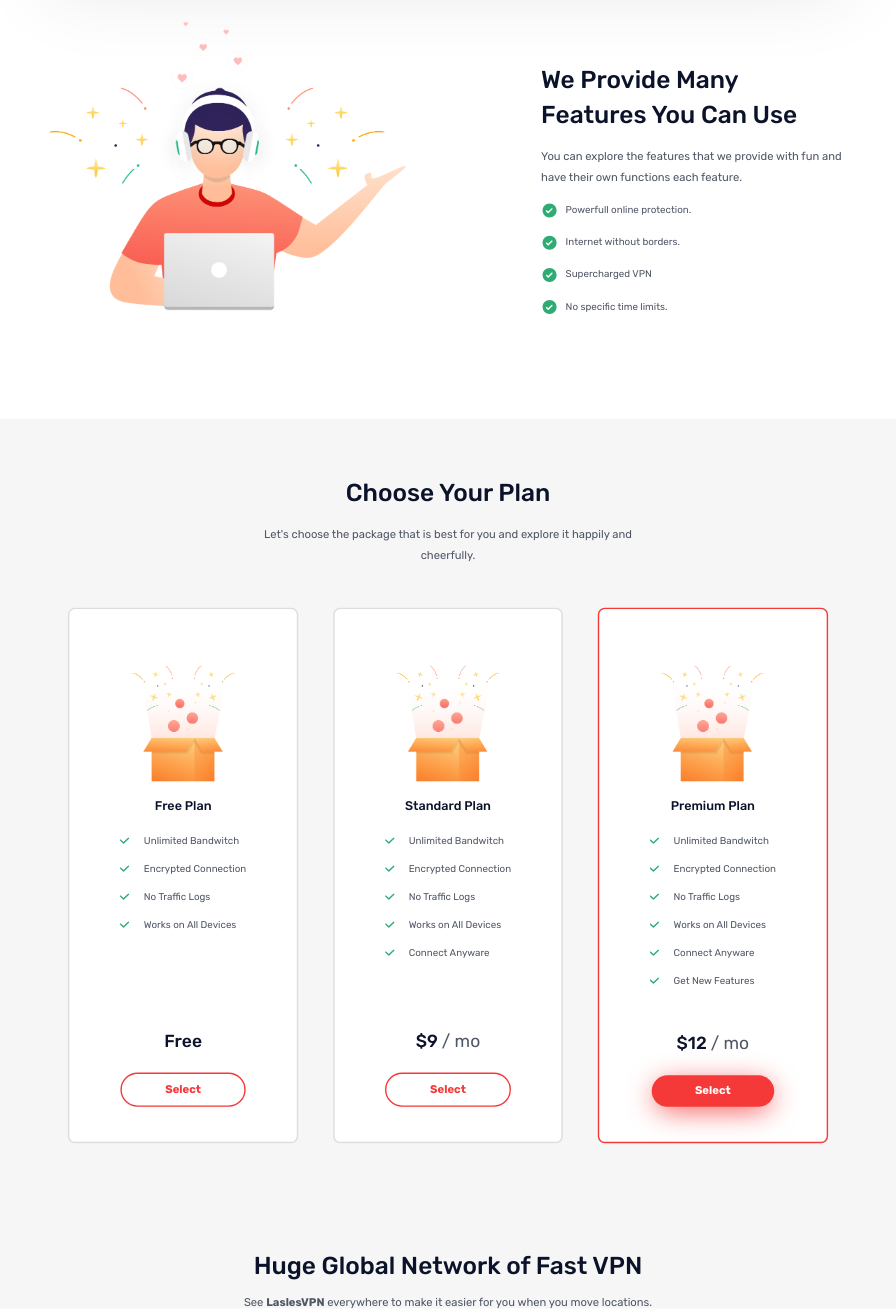
Repository: thefellowshiplotr/lasles_recode
Page: index.html
These files come from the project's save history. The page is drawn as it stood at one moment and after the next save; the edit follows.
The browser window is 1280 px wide. The pictures show the part of the page from y = 893 to 2813 px (the page is 2763 px tall before and 2813 px after), at 70% of full size.
The style sheet was rebuilt from its Sass, Less or Tailwind sources for each picture, by a compiler version that may differ from the author's.

Above is the page before, as saved 2022-10-31 12:13:06.

### index.html
<!DOCTYPE html>
<html lang="en">
  <head>
    <meta charset="UTF-8" />
    <meta http-equiv="X-UA-Compatible" content="IE=edge" />
    <meta name="viewport" content="width=device-width, initial-scale=1.0" />
    <title>Lasles Vpn</title>
    <link rel="preconnect" href="https://fonts.googleapis.com" />
    <link rel="preconnect" href="https://fonts.gstatic.com" crossorigin />
    <link
      href="https://fonts.googleapis.com/css2?family=Rubik:wght@400;500;700&display=swap"
      rel="stylesheet"
    />
    <link rel="stylesheet" href="./css/app.css" />
  </head>
  <body>
    <div class="wrapper">
      <header class="header">
        <div class="container">
          <div class="header-container">
            <img srcset="./img/logo.png 2x" alt="" class="header-logo" />
            <ul class="menu">
              <li class="menu-item">
                <a href="#" class="menu-link">About</a>
              </li>
              <li class="menu-item">
                <a href="#" class="menu-link">Features</a>
              </li>
              <li class="menu-item">
                <a href="#" class="menu-link">Pricing</a>
              </li>
              <li class="menu-item">
                <a href="#" class="menu-link">Testimonials</a>
              </li>
              <li class="menu-item">
                <a href="#" class="menu-link">Help</a>
              </li>
            </ul>
            <div class="header-auth">
              <a href="#" class="header-signin">Sign In</a>
              <a href="#" class="header-signup">Sign Up</a>
            </div>
          </div>
        </div>
      </header>
    </div>
    <div class="wrapper">
      <section class="hero">
        <div class="container">
          <div class="hero-container">
            <div class="hero-content">
              <h1 class="hero-heading">
                Want anything to be easy with
                <strong class="hero-laslesvpn">LaslesVPN.</strong>
              </h1>
              <p class="hero-desc">
                Provide a network for all your needs with ease and fun using
                <strong class="hero-laslesvpn2">LaslesVPN</strong> discover
                interesting features from us.
              </p>
            </div>
            <div class="hero-btn">
              <a href="" class="button button-primary">Get Started</a>
            </div>
            <div class="hero-img">
              <img srcset="./img/hero-image.png 2x" alt="" />
            </div>
          </div>
        </div>
      </section>
    </div>
    <div class="wrapper">
      <section class="intro">
        <div class="container">
          <div class="intro-container">
            <div class="intro-item">
              <div class="intro-icon">
                <img srcset="./img/user.png 2x" alt="" />
              </div>
              <div class="intro-info">
                <div class="intro-title">90+</div>
                <p class="intro-text">Users</p>
              </div>
            </div>
            <div class="intro-item">
              <div class="intro-icon">
                <img srcset="./img/location.png 2x" alt="" />
              </div>
              <div class="intro-info">
                <div class="intro-title">30+</div>
                <p class="intro-text">Locations</p>
              </div>
            </div>
            <div class="intro-item">
              <div class="intro-icon">
                <img srcset="./img/server.png 2x" alt="" />
              </div>
              <div class="intro-info">
                <div class="intro-title">50+</div>
                <p class="intro-text">Servers</p>
              </div>
            </div>
          </div>
        </div>
      </section>
    </div>
    <div class="wrapper">
      <section class="feature">
        <div class="container">
          <div class="feature-container">
            <img
              srcset="./img/feature-image.png 2x"
              alt=""
              class="feature-img"
            />
            <div class="feature-content">
              <h2 class="feature-heading">
                We Provide Many Features You Can Use
              </h2>
              <p class="feature-desc">
                You can explore the features that we provide with fun and have
                their own functions each feature.
              </p>
              <div class="feature-list">
                <div class="feature-item">
                  <img src="./img/icon-check.svg" alt="" />
                  <span>Powerfull online protection.</span>
                </div>
                <div class="feature-item">
                  <img src="./img/icon-check.svg" alt="" />
                  <span>Internet without borders.</span>
                </div>
                <div class="feature-item">
                  <img src="./img/icon-check.svg" alt="" />
                  <span>Supercharged VPN</span>
                </div>
                <div class="feature-item">
                  <img src="./img/icon-check.svg" alt="" />
                  <span>No specific time limits.</span>
                </div>
              </div>
            </div>
          </div>
        </div>
      </section>
    </div>
    <div class="wrapper background-plan">
      <section class="plan">
        <div class="container">
          <div class="plan-container">
            <div class="plan-header">
              <h2 class="plan-heading">Choose Your Plan</h2>
              <p class="plan-desc">
                Let's choose the package that is best for you and explore it
                happily and cheerfully.
              </p>
            </div>
            <div class="plan-list">
              <div class="plan-item">
                <div class="plan-img">
                  <img srcset="./img/plan.png 2x" alt="" />
                </div>
                <div class="plan-title">Free Plan</div>
                <div class="plan-details">
                  <div class="plan-info">
                    <img
                      src="./img/icon-check-line.svg"
                      alt=""
                      class="plan-icon"
                    />
                    <span>Unlimited Bandwitch</span>
                  </div>
                  <div class="plan-info">
                    <img
                      src="./img/icon-check-line.svg"
                      alt=""
                      class="plan-icon"
                    />
                    <span>Encrypted Connection</span>
                  </div>
                  <div class="plan-info">
                    <img
                      src="./img/icon-check-line.svg"
                      alt=""
                      class="plan-icon"
                    />
                    <span>No Traffic Logs</span>
                  </div>
                  <div class="plan-info">
                    <img
                      src="./img/icon-check-line.svg"
                      alt=""
                      class="plan-icon"
                    />
                    <span>Works on All Devices</span>
                  </div>
                </div>
                <h3 class="plan-price">Free</h3>
                <a href="" class="button button-rounded">Select</a>
              </div>
              <div class="plan-item">
                <div class="plan-img">
                  <img srcset="./img/plan.png 2x" alt="" />
                </div>
                <div class="plan-title">Standard Plan</div>
                <div class="plan-details">
                  <div class="plan-info">
                    <img
                      src="./img/icon-check-line.svg"
                      alt=""
                      class="plan-icon"
                    />
                    <span>Unlimited Bandwitch</span>
                  </div>
                  <div class="plan-info">
                    <img
                      src="./img/icon-check-line.svg"
                      alt=""
                      class="plan-icon"
                    />
                    <span>Encrypted Connection</span>
                  </div>
                  <div class="plan-info">
                    <img
                      src="./img/icon-check-line.svg"
                      alt=""
                      class="plan-icon"
                    />
                    <span>No Traffic Logs</span>
                  </div>
                  <div class="plan-info">
                    <img
                      src="./img/icon-check-line.svg"
                      alt=""
                      class="plan-icon"
                    />
                    <span>Works on All Devices</span>
                  </div>
                  <div class="plan-info">
                    <img
                      src="./img/icon-check-line.svg"
                      alt=""
                      class="plan-icon"
                    />
                    <span>Connect Anyware</span>
                  </div>
                </div>
                <h3 class="plan-price">
                  $9 <span class="price-plan">/ mo</span>
                </h3>
                <a href="" class="button button-rounded">Select</a>
              </div>
              <div class="plan-item">
                <div class="plan-img">
                  <img srcset="./img/plan.png 2x" alt="" />
                </div>
                <div class="plan-title">Premium Plan</div>
                <div class="plan-details">
                  <div class="plan-info">
                    <img
                      src="./img/icon-check-line.svg"
                      alt=""
                      class="plan-icon"
                    />
                    <span>Unlimited Bandwitch</span>
                  </div>
                  <div class="plan-info">
                    <img
                      src="./img/icon-check-line.svg"
                      alt=""
                      class="plan-icon"
                    />
                    <span>Encrypted Connection</span>
                  </div>
                  <div class="plan-info">
                    <img
                      src="./img/icon-check-line.svg"
                      alt=""
                      class="plan-icon"
                    />
                    <span>No Traffic Logs</span>
                  </div>
                  <div class="plan-info">
                    <img
                      src="./img/icon-check-line.svg"
                      alt=""
                      class="plan-icon"
                    />
                    <span>Works on All Devices</span>
                  </div>
                  <div class="plan-info">
                    <img
                      src="./img/icon-check-line.svg"
                      alt=""
                      class="plan-icon"
                    />
                    <span>Connect Anyware</span>
                  </div>
                  <div class="plan-info">
                    <img
                      src="./img/icon-check-line.svg"
                      alt=""
                      class="plan-icon"
                    />
                    <span>Get New Features</span>
                  </div>
                </div>
                <h3 class="plan-price">
                  $12 <span class="price-plan">/ mo</span>
                </h3>
                <a href="" class="button button-full">Select</a>
              </div>
            </div>
          </div>
        </div>
      </section>
      <wrapper>
        <section class="network">
          <div class="container">
            <div class="network-container">
              <div class="network-header">
                <h2 class="network-heading">Huge Global Network of Fast VPN</h2>
                <p class="network-desc">
                  See
                  <strong class="network-lasles">LaslesVPN</strong> everywhere
                  to make it easier for you when you move locations.
                </p>
              </div>
            </div>
          </div>
        </section>
      </wrapper>
    </div>
  </body>
</html>

### sass/app.scss
@import "reset";
@import "variables";
@import "global";
@import "header";
@import "menu";
@import "hero";
@import "intro";
@import "feature";
@import "plan";
@import "network";

### sass/_variables.scss
$font: "Rubik", sans-serif;
$text-color: #4f5665;
$heading-color: #0b132a;
$primary-color: #f53838;
$secondary-color: #f53855;
$gray-color: #f6f6f6;
$gray-light-color: #f8f8f8;
$gray-lighter-color: #afb5c0;

### sass/_global.scss
.wrapper {
  max-width: 1440px;
  margin: 0 auto;
}

.container {
  max-width: 1170px;
  margin: 0 auto;
  padding: 0 15px;
}

body {
  line-height: 1;
  font-family: $font;
  color: $text-color;
  font-weight: 400;
}

.button {
  &-primary {
    color: #fff;
    padding: 17px 77px;
    border: none;
    background-color: $primary-color;
    border: 1px solid;
    border-radius: 10px;
    white-space: nowrap;
  }
  &-rounded {
    color: $primary-color;
    background-color: #fff;
    border: 2px solid $primary-color;
    border-radius: 100rem;
    padding: 13px 62px;
    font-weight: 700;
    font-size: 16px;
    line-height: calc(18.96 / 16);
  }
  &-full {
    color: #fff;
    background-color: $primary-color;
    padding: 13px 62px;
    border: none;
    border-radius: 100rem;
    font-weight: 700;
    font-size: 16px;
    line-height: calc(18.96 / 16);
    box-shadow: 0 8px 41px -6px $primary-color;
  }
}
.background-plan {
  background-color: $gray-color;
}
.price-plan {
  font-weight: 400;
  color: $text-color;
  line-height: calc(30 / 25);
}

### sass/_header.scss
.header {
  padding-top: 30px;
  padding-bottom: 90px;
  &-container {
    display: flex;
    justify-content: space-between;
    align-items: center;
  }
  &-auth {
    display: flex;
    align-items: center;
    gap: 0 30px;
  }
  &-signin {
    color: $heading-color;
    font-weight: 500;
    font-size: 16px;
    line-height: calc(18.96 / 16);
  }
  &-signup {
    color: $secondary-color;
    font-weight: 500;
    font-size: 16px;
    line-height: calc(18.96 / 16);
    padding: 13px 45px;
    border: 1px solid $secondary-color;
    border-radius: 50px;
    // border-radius: 100rem;
  }
}

### sass/_menu.scss
.menu {
  list-style: none;
  display: flex;
  align-items: center;
  gap: 0 40px;
  &-link {
    color: inherit;
    font-size: 16px;
    line-height: calc(18.96 / 16);
  }
}

### sass/_hero.scss
.hero {
  padding-bottom: 100px;
  &-container {
    display: flex;
    justify-content: space-between;
    align-items: center;
    position: relative;
    gap: 0 40px;
    align-items: center;
  }
  &-content {
    width: 100%;
    max-width: 555px;
    display: flex;
    align-items: center;
    flex-direction: column;
    align-content: center;
  }
  &-img {
    position: absolute;
    top: 50%;
    transform: translate(40px, -40%);
    right: 0;
  }
  &-heading {
    color: $heading-color;
    font-weight: 500;
    font-size: 50px;
    line-height: calc(70 / 50);
    margin-bottom: 20px;
  }
  &-desc {
    font-weight: 400;
    font-size: 16px;
    line-height: calc(30 / 16);
    margin-bottom: 50px;
  }
  &-laslesvpn {
    font-weight: 700;
    font-size: 50px;
    line-height: calc(70 / 50);
  }
  &-btn {
    font-weight: 700;
    font-size: 16px;
    line-height: calc(25 / 16);
    position: absolute;
    left: 0;
    bottom: -55px;
    box-shadow: 0 37px 54px 0px $primary-color;
  }
}

### sass/_intro.scss
.intro {
  padding: 57px 0;
  margin-top: 40px;
  &-container {
    background: #ffffff;
    padding: 37px 0;
    border-radius: 10px;
    box-shadow: 0 42px 114px 0 rgb(13 16 37 / 10%);
    display: grid;
    grid-template-columns: repeat(3, minmax(0, 1fr));
    grid-gap: 0 50px;
    min-height: 200px;
  }
  &-item {
    display: flex;
    align-items: center;
    justify-content: center;
    gap: 0 36.5px;
  }
  &-item:nth-child(2) {
    border-left: 2px solid #eeeff2;
    border-right: 2px solid #eeeff2;
  }
  &-title {
    color: $heading-color;
    font-weight: 700;
    font-size: 25px;
    line-height: calc(30 / 25);
  }
  &-text {
    color: $text-color;
    font-weight: 400;
    font-size: 20px;
    line-height: calc(30 / 20);
  }
}

### sass/_feature.scss
.feature {
  padding-bottom: 126px;
  &-container {
    display: flex;
    justify-content: space-between;
    align-items: center;
  }
  &-content {
    margin-top: 90px;
  }
  &-heading {
    width: 383px;
    color: $heading-color;
    font-weight: 500;
    font-size: 35px;
    line-height: calc(50 / 35);
    margin-bottom: 20px;
  }
  &-desc {
    width: 437px;
    font-weight: 400;
    font-size: 16px;
    line-height: calc(30 / 16);
    margin-bottom: 20px;
  }
  &-item {
    display: flex;
    justify-content: flex-start;
    align-items: center;
    gap: 0 10px;
    font-size: 14px;
    margin-bottom: 21px;
  }
}

### sass/_plan.scss
.plan {
  &-container {
    display: flex;
    align-items: center;
    justify-content: center;
    text-align: center;
    flex-direction: column;
  }
  &-header {
    margin-top: 80px;
  }
  &-heading {
    color: $heading-color;
    font-weight: 500;
    font-size: 35px;
    line-height: calc(50 / 35);
    margin-bottom: 20px;
  }
  &-desc {
    width: 555px;
    font-weight: 40;
    font-size: 16px;
    line-height: calc(30 / 16);
  }
  &-list {
    margin-top: 60px;
    display: grid;
    grid-template-columns: repeat(3, 1fr);
    grid-gap: 0 50px;
    margin-bottom: 150px;
  }
  &-item {
    background-color: #fff;
    border: 2px solid #dddddd;
    border-radius: 10px;
    padding: 80px 72px 50px;
    display: flex;
    flex-direction: column;
    align-items: center;
  }
  &-item:nth-child(3) {
    border: 2px solid $primary-color;
  }
  &-item:hover {
    border: 2px solid $primary-color;
  }
  &-item:hover .button {
    background-color: $primary-color;
    color: #fff;
  }
  &-title {
    color: $heading-color;
    margin-top: 20px;
    margin-bottom: 20px;
    font-weight: 500;
    font-size: 18px;
    line-height: calc(30 / 18);
  }
  &-info {
    display: flex;
    align-items: center;
    gap: 0 20px;
    margin-bottom: 10px;
    font-size: 14px;
    line-height: calc(30 / 14);
  }
  &-price {
    color: $heading-color;
    font-weight: 500;
    font-size: 25px;
    line-height: calc(30 / 25);
    margin-bottom: 30px;
    margin-top: auto;
  }
  &-details {
    margin-bottom: 50px;
  }
}

### sass/_network.scss
.network {
  &-container {
    display: flex;
    align-items: center;
    justify-content: center;
    text-align: center;
    flex-direction: column;
  }
  &-heading {
    color: $heading-color;
    font-weight: 500;
    font-size: 35px;
    line-height: calc(50 / 35);
    margin: 0 87.5px 20px;
    text-align: center;
  }
}

Loaded but not shown: sass/_reset.scss (common file)

After the next save:
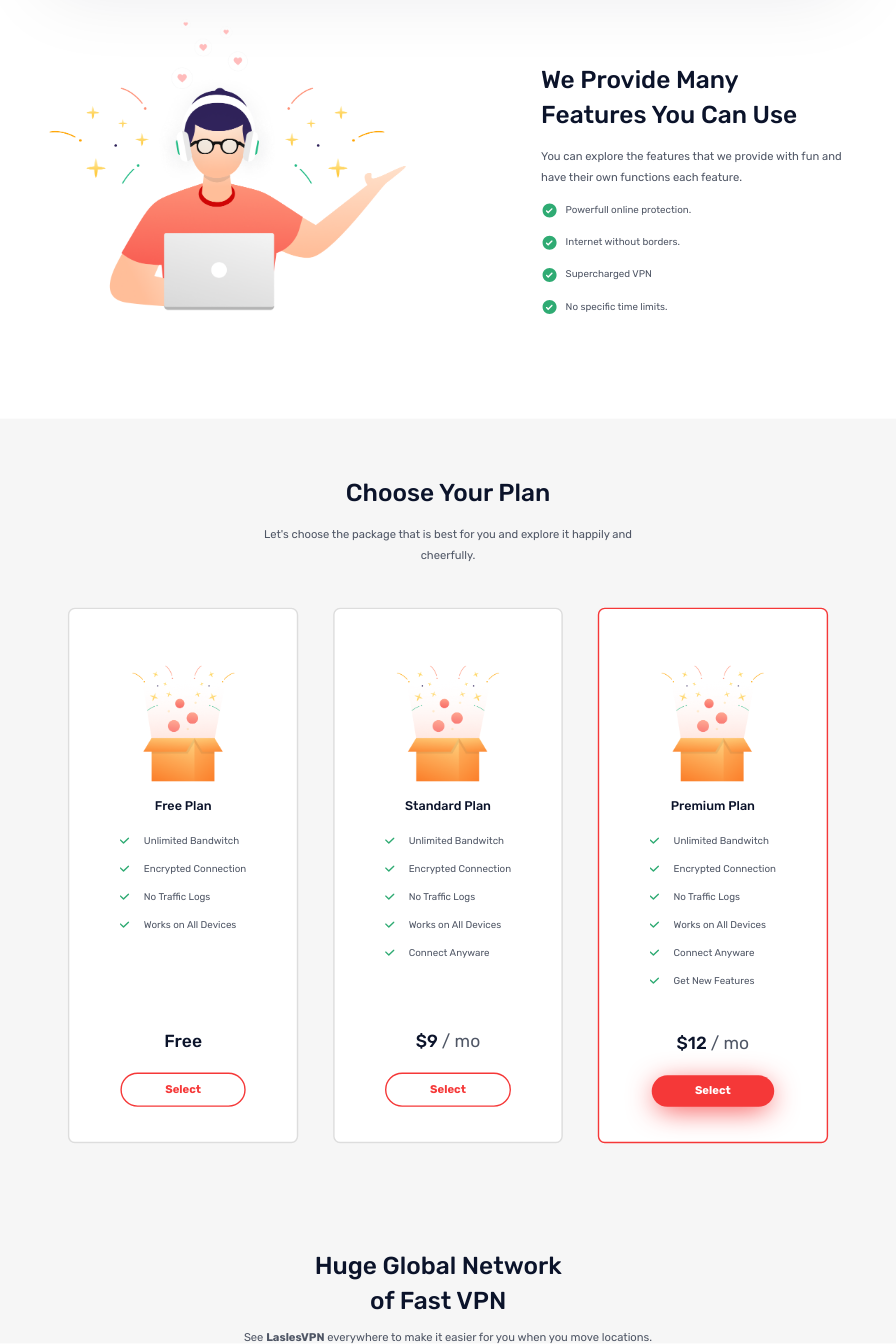
Saved 53 s later.
--- a/sass/_network.scss
+++ b/sass/_network.scss
@@ -13,5 +13,9 @@
     line-height: calc(50 / 35);
     margin: 0 87.5px 20px;
     text-align: center;
+    width: 380px;
+  }
+  &-desc {
+    color: $text-color;
   }
 }
